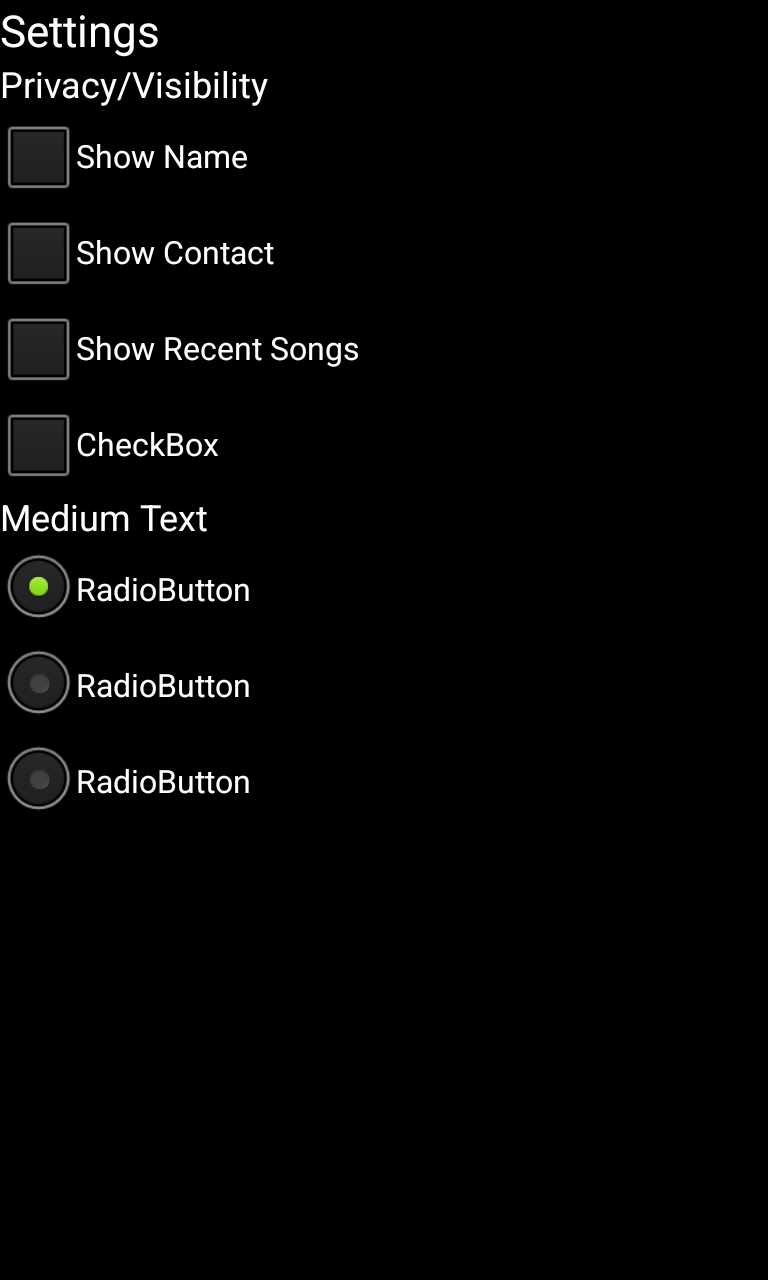
Repository: SuperChocomocha/PennApps-Spring-2012
Layout: SpotMe/res/layout/settings.xml
The author's editor kept a copy of each file at every save. The layout is drawn from the files as they stood at one save, then again after the next save.
It is drawn on a 768 x 1280 px phone screen (xhdpi) without system bars, with theme android:Theme; the app's code is not run.

Above is the layout before, as saved 2012-01-14 23:37:17.

After the next save:
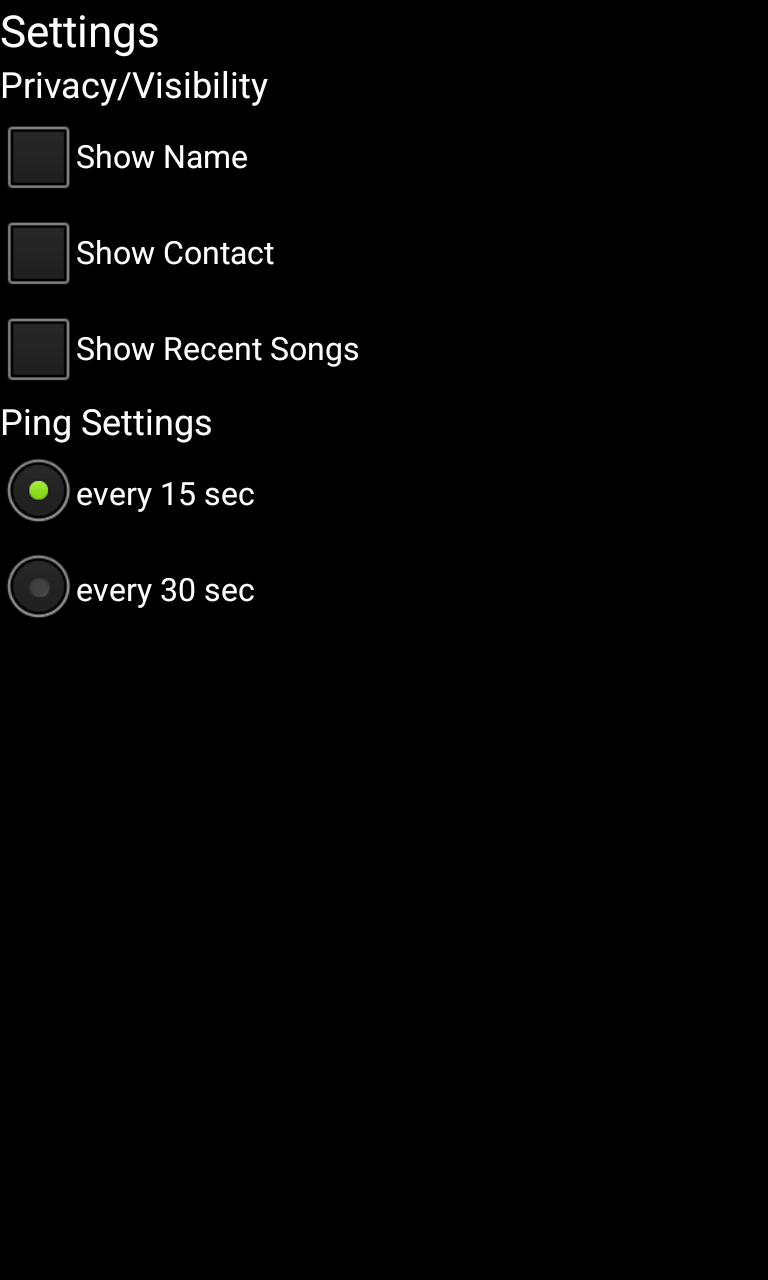
Saved 3 min 47 s later.
--- a/SpotMe/res/layout/settings.xml
+++ b/SpotMe/res/layout/settings.xml
@@ -37,42 +37,29 @@
             android:layout_height="wrap_content"
             android:text="Show Recent Songs" />
 
-        <CheckBox
-            android:id="@+id/checkbox4"
+        <TextView
+            android:id="@+id/pingsettings"
             android:layout_width="wrap_content"
             android:layout_height="wrap_content"
-            android:text="CheckBox" />
-
-        <TextView
-            android:id="@+id/textView3"
-            android:layout_width="wrap_content"
-            android:layout_height="wrap_content"
-            android:text="Medium Text"
+            android:text="Ping Settings"
             android:textAppearance="?android:attr/textAppearanceMedium" />
 
         <RadioGroup
-            android:id="@+id/radioGroup1"
+            android:id="@+id/pingtime"
             android:layout_width="wrap_content"
             android:layout_height="wrap_content" >
 
             <RadioButton
-                android:id="@+id/radio0"
+                android:id="@+id/ping_15seconds"
                 android:layout_width="wrap_content"
                 android:layout_height="wrap_content"
                 android:checked="true"
-                android:text="RadioButton" />
+                android:text="every 15 sec" />
 
             <RadioButton
-                android:id="@+id/radio1"
+                android:id="@+id/ping_30seconds"
                 android:layout_width="wrap_content"
                 android:layout_height="wrap_content"
-                android:text="RadioButton" />
-
-            <RadioButton
-                android:id="@+id/radio2"
-                android:layout_width="wrap_content"
-                android:layout_height="wrap_content"
-                android:text="RadioButton" />
+                android:text="every 30 sec" />
         </RadioGroup>
-
     </LinearLayout>
